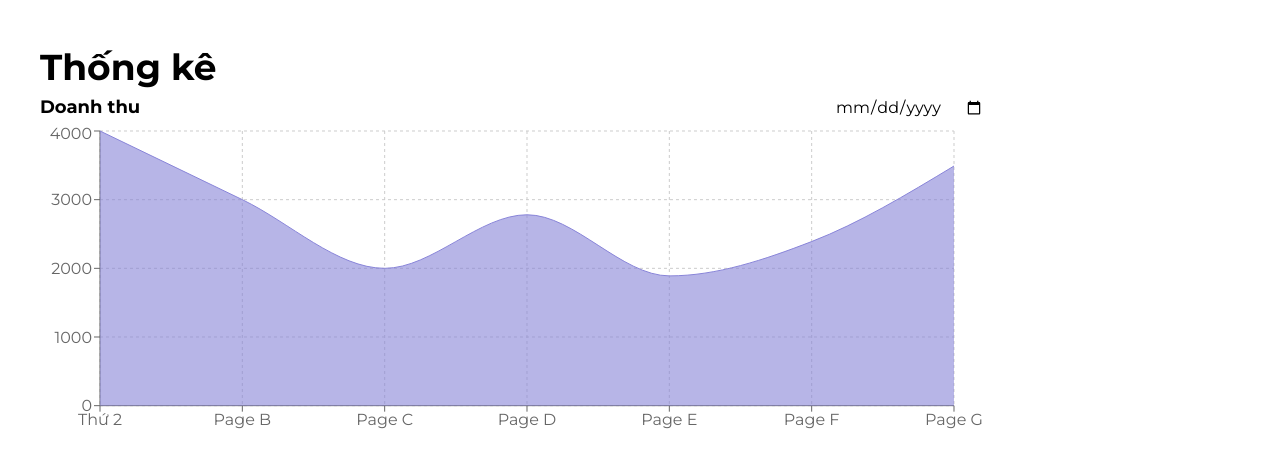
Repository: iphoneboy46/AltaMediaCMS
Page: /
An editor plug-in stored every save of this project. The page is shown before and after the next save, followed by the edit.
The browser window is 1280 px wide. The pictures show the whole page.
Some web libraries are served in a nearby version. The project was rebuilt for these pictures with package versions that can differ from the ones it lists, and the page was loaded fresh each time.

Above is the page before, as saved 2023-03-26 21:58:09.

### public/index.html
<!DOCTYPE html>
<html lang="en">
  <head>
    <meta charset="utf-8" />
    <link rel="icon" href="%PUBLIC_URL%/favicon.ico" />
    <meta name="viewport" content="width=device-width, initial-scale=1" />
    <meta name="theme-color" content="#000000" />
    <meta
      name="description"
      content="Web site created using create-react-app"
    />
    <link rel="apple-touch-icon" href="%PUBLIC_URL%/logo192.png" />
    <!--
      manifest.json provides metadata used when your web app is installed on a
      user's mobile device or desktop. See https://developers.google.com/web/fundamentals/web-app-manifest/
    -->
    <link rel="manifest" href="%PUBLIC_URL%/manifest.json" />
    <!--
      Notice the use of %PUBLIC_URL% in the tags above.
      It will be replaced with the URL of the `public` folder during the build.
      Only files inside the `public` folder can be referenced from the HTML.

      Unlike "/favicon.ico" or "favicon.ico", "%PUBLIC_URL%/favicon.ico" will
      work correctly both with client-side routing and a non-root public URL.
      Learn how to configure a non-root public URL by running `npm run build`.
    -->
    <link rel="stylesheet" href="https://cdnjs.cloudflare.com/ajax/libs/font-awesome/6.3.0/css/all.min.css" integrity="sha512-SzlrxWUlpfuzQ+pcUCosxcglQRNAq/DZjVsC0lE40xsADsfeQoEypE+enwcOiGjk/bSuGGKHEyjSoQ1zVisanQ==" crossorigin="anonymous" referrerpolicy="no-referrer" />
    <title>React App</title>
  </head>
  <body>
    <noscript>You need to enable JavaScript to run this app.</noscript>
    <div id="root"></div>
    <!--
      This HTML file is a template.
      If you open it directly in the browser, you will see an empty page.

      You can add webfonts, meta tags, or analytics to this file.
      The build step will place the bundled scripts into the <body> tag.

      To begin the development, run `npm start` or `yarn start`.
      To create a production bundle, use `npm run build` or `yarn build`.
    -->
  </body>
</html>

### src/App.tsx

import './App.css';
import Home from './components/Home/Home';
import MenuBar from './components/Menu/MenuBar';

function App() {
  return (
    <div className="App">
      {/* <MenuBar /> */}
      <Home />
    </div>
  );
}

export default App;

### src/App.css
@import url('https://fonts.googleapis.com/css2?family=Montserrat:wght@300;400;500;700&display=swap');

*{
  margin: 0;
  padding: 0;
  box-sizing: border-box;
  font-family: 'Montserrat', sans-serif;
}

### src/components/Home/Home.tsx
import React from 'react'
import Charts from '../Charts/Charts'

function Home() {
  return (
    <div className="w-[80%] bg-[white] p-10">
        <div className="">
            <h1 className="text-[black] text-[36px] font-[700]">Thống kê</h1>
        </div>
        <div className="flex items-center justify-between">
           <div> <h2 className="text-[black] text-[18px] font-[600]">Doanh thu</h2></div>
           <div>
             <input className="" type="date" value="" />
           </div>
        </div>
        <Charts />
    </div>
  )
}

export default Home

### src/components/Charts/Charts.tsx
import React from "react";
import {
  AreaChart,
  Area,
  XAxis,
  YAxis,
  CartesianGrid,
  Tooltip,
  ResponsiveContainer,
} from "recharts";
function Charts() {
  const data = [
    {
      name: "Thứ 2",
      uv: 4000,

    },
    {
      name: "Page B",
      uv: 3000,

    },
    {
      name: "Page C",
      uv: 2000,

    },
    {
      name: "Page D",
      uv: 2780,

    },
    {
      name: "Page E",
      uv: 1890,

    },
    {
      name: "Page F",
      uv: 2390,

    },
    {
      name: "Page G",
      uv: 3490,

    },
  ];

  return (
    <div className="w-[100%] h-[100%] bg-yellowMain">
      <ResponsiveContainer width="100%" aspect={3}>
        <AreaChart
          width={500}
          height={400}
          data={data}
          margin={{
            top: 10,
            right: 30,
            left: 0,
            bottom: 0,
          }}
        >
          <CartesianGrid strokeDasharray="3 3" />
          <XAxis dataKey="name" />
          <YAxis />
          <Tooltip />
          <Area
            type="monotone"
            dataKey="uv"
            stackId="1"
            stroke="#8884d8"
            fill="#8884d8"
          />
        </AreaChart>
      </ResponsiveContainer>
    </div>
  );
}

export default Charts;

### tailwind.config.js

module.exports = {
  content: [
    "./src/**/*.{js,jsx,ts,tsx}",
    ],
  theme: {
    extend: {},
    colors:{
        'yellowMain':"#FFB800",
         'background' :"#E5E5E5"

    }
  },
  plugins: [],
}

Loaded but not shown: src/index.tsx (common file); src/index.css (common file); src/reportWebVitals.ts (common file)

After the next save:
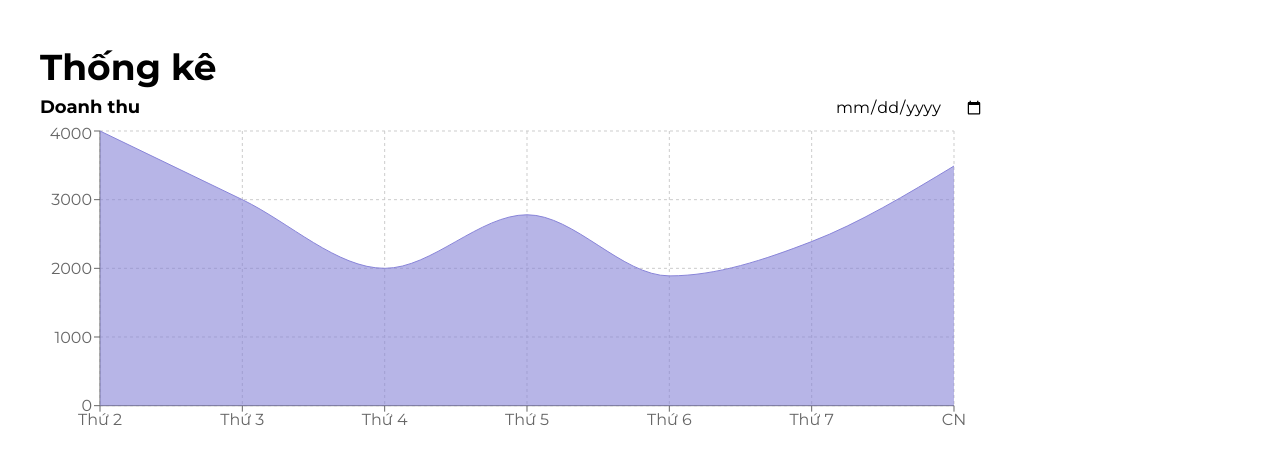
Saved 64 s later.
--- a/src/components/Charts/Charts.tsx
+++ b/src/components/Charts/Charts.tsx
@@ -16,32 +16,32 @@ function Charts() {
 
     },
     {
-      name: "Page B",
+      name: "Thứ 3",
       uv: 3000,
 
     },
     {
-      name: "Page C",
+      name: "Thứ 4",
       uv: 2000,
 
     },
     {
-      name: "Page D",
+      name: "Thứ 5",
       uv: 2780,
 
     },
     {
-      name: "Page E",
+      name: "Thứ 6",
       uv: 1890,
 
     },
     {
-      name: "Page F",
+      name: "Thứ 7",
       uv: 2390,
 
     },
     {
-      name: "Page G",
+      name: "CN",
       uv: 3490,
 
     },
